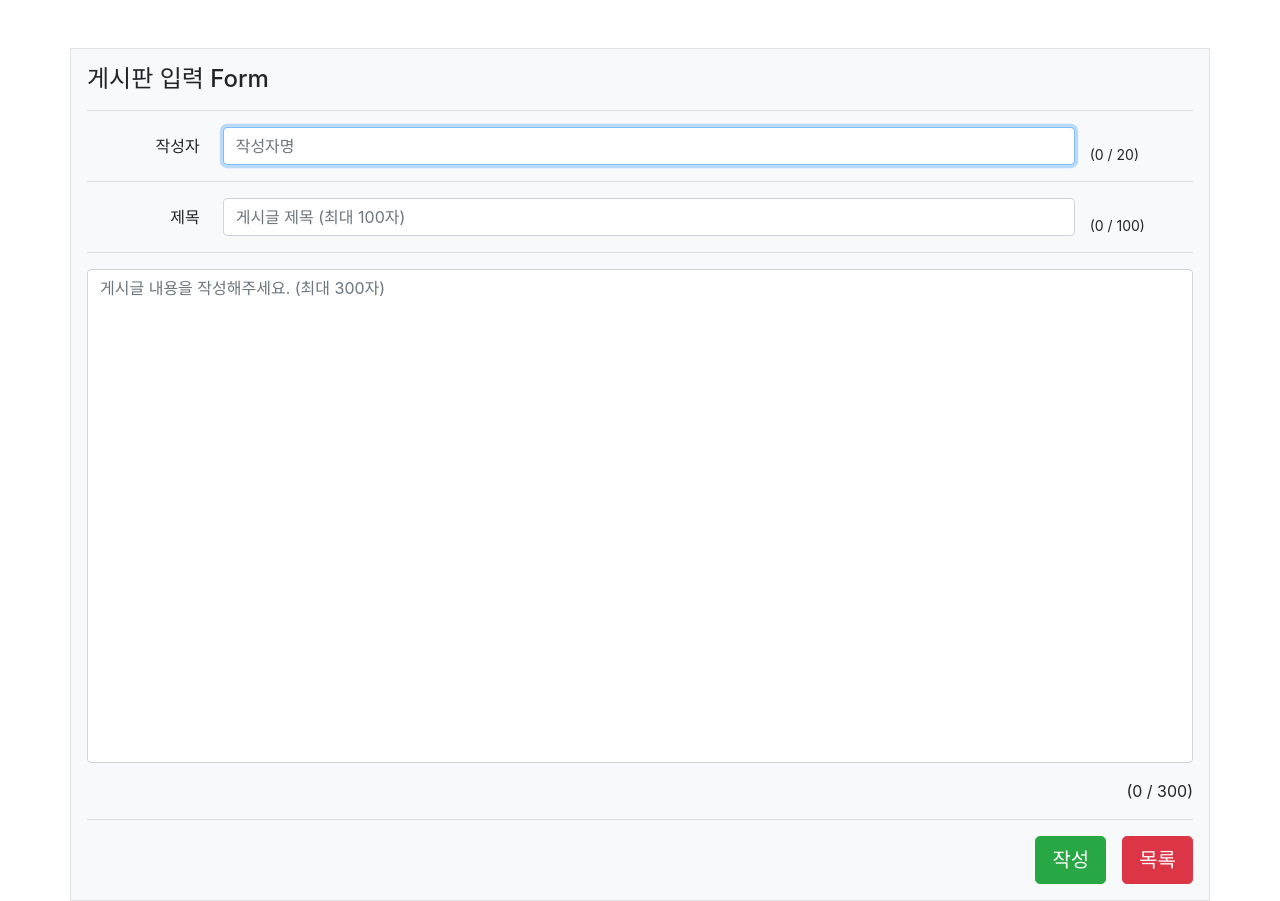
Repository: rasz60/ezen
Page: http://localhost/jspMVC/
The author's editor kept a copy of each file at every save. The page is drawn from the files as they stood at one save, then again after the next save.
The browser window is 1280 px wide. The pictures show the whole page.
Some web libraries are served in a nearby version. The page is served by Tomcat 9.

Above is the page before, as saved 2022-02-15 04:17:38.

After the next save:
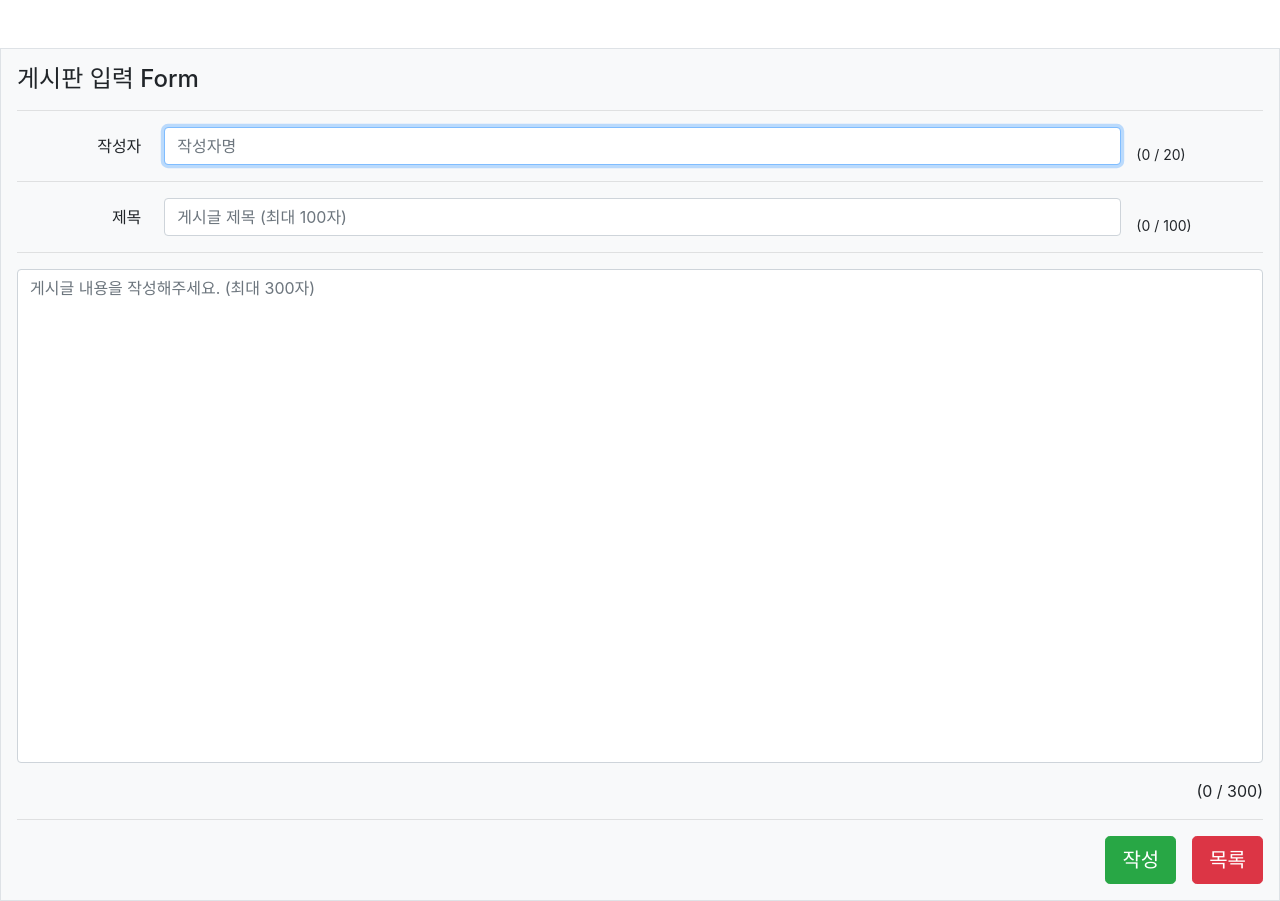
Saved 80 s later.
--- a/04_jsp_servlet-workspace/jspMVC/src/main/webapp/writeForm.jsp
+++ b/04_jsp_servlet-workspace/jspMVC/src/main/webapp/writeForm.jsp
@@ -35,7 +35,7 @@ textarea {
 
 <body>
 
-<div class="container p-3 border bg-light mt-5">
+<div class="container-fluid p-3 border bg-light mt-5">
 	<h4>게시판 입력 Form</h4>
 	<hr />
 
--- a/04_jsp_servlet-workspace/jspMVC/src/main/webapp/script/board.js
+++ b/04_jsp_servlet-workspace/jspMVC/src/main/webapp/script/board.js
@@ -29,6 +29,7 @@ $(document).ready(function() {
 });
 
 
+
 //writeForm.jsp : submit check method
 function checkWrite() {
 	if(document.form.bName.value.length == 0 || document.form.bName.value.length > 20) {
@@ -48,7 +49,6 @@ function checkWrite() {
 		document.form.bContent.focus();
 		return false;
 	}
-
 	return true;
 };
 
